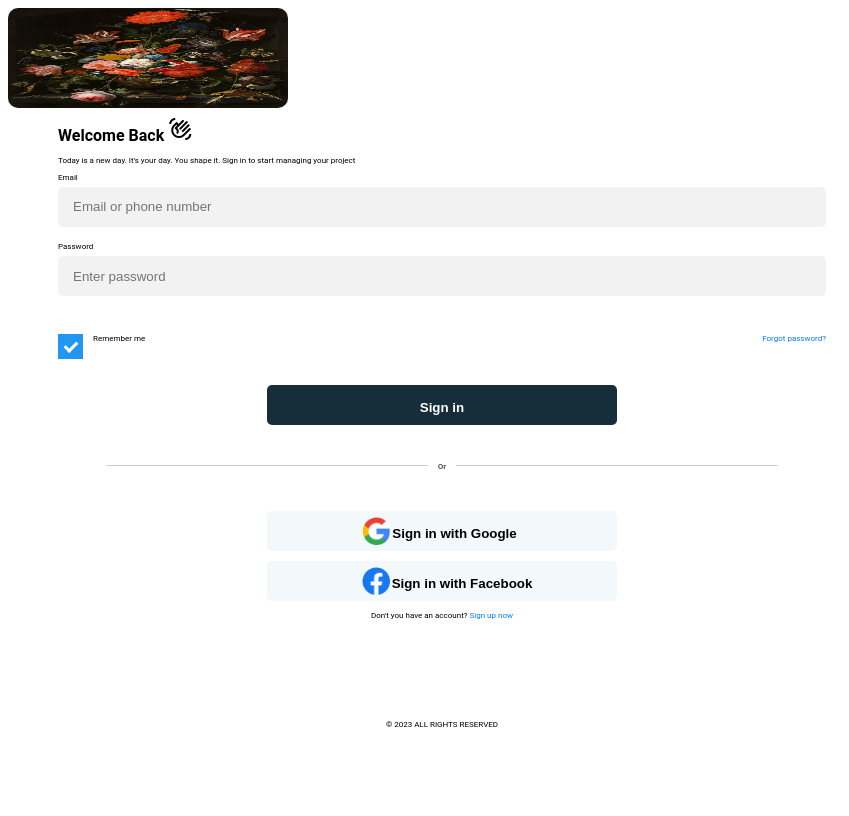
Repository: dinhtanloc/hw_web_development
Page: hw2-login-page/login.html
An editor plug-in stored every save of this project. The page is shown before and after the next save, followed by the edit.
The browser window is 768 px wide. The page is 849 px wide, then 776 px, then 849 px, so the pictures cover 849 px, including what lies to the right of the window. The pictures show the whole page.

Above is the page before, as saved 2024-03-14 00:06:26.

### hw2-login-page/login.html
<!DOCTYPE html>
<html lang="en">
<head>
    <meta charset="UTF-8">
    <meta name="viewport" content="width=device-width, initial-scale=1.0">
    <link rel="stylesheet" href="https://fonts.googleapis.com/css2?family=Material+Symbols+Outlined:opsz,wght,FILL,GRAD@24,400,0,0" />
    <title>Dinh Tan Loc-31221020226</title>
    <link href="style.css" rel="stylesheet" />
</head>
<body>
    <div class="container">
        <div class="left-part">
            <div class="left-part-container">
                <div style=" width: 100%; height: 50%;">

                    <h1>Welcome Back
                        <span class="material-symbols-outlined">
                            waving_hand
                            </span>

                    </h1>
                    <p >Today is a new day. It's your day. You shape it. Sign in to start managing your project</p>
                    <div style="display: flex; flex-direction: column;">
                        <span>Email</span>
                        <input  class="input-field" placeholder="Email or phone number"/>
                        <div style="margin-top: 2%;display: flex; flex-direction: column;">
                            <span>Password</span>
                            <input class="input-field" placeholder="Enter password" />

                        </div>
                    </div>
                    <!-- <div style="margin-top:30px ;display: flex; flex-direction: column;">
                        <span>Password</span>
                        <input class="input-field" placeholder="Enter password" />
                    </div> -->
                    <div style="margin-top: 5%; display: flex; justify-content: space-between;">

                        <label class="radio-container">Remember me
                            <input type="checkbox" checked="checked">
                            <span class="checkmark"></span>
                          </label>
                        <a>
                            Forgot password?
                        </a>

                    </div>

                    <button  class="sign-in-btn">Sign in</button>

                    <div class="centered">
                        <div class="line-or">
                            <div class="line"></div>
                            <div class="text">Or</div>
                            <div class="line"></div>
                        </div>
                    </div>


                    <button style="margin-top: 45px; position: relative;" class="google-login">
                        <img style="position: absolute; top: 50%; left: 95px; transform: translateY(-50%); width: 28px; height: 28px;" src="images/google.png" alt="">
                        <span style="margin-left: 25px;">Sign in with Google</span>
                    </button>

                    <button style="margin-top: 10px; position:relative;" class="facebook-login">
                        <img style="position: absolute; top: 50%; left: 95px; transform: translateY(-50%); width: 28px; height: 28px;" src="images/facebook.jpg" alt="">
                        <span style="margin-left: 40px;">Sign in with Facebook</span>

                    </button>
                    <div style="text-align: center; margin-top:10px;margin-bottom: 100px; position: relative;">
                        Don't you have an account?
                        <a>Sign up now</a>
                    </div>
                    <div  class="left-footer" >
                        <div>
                            © 2023 ALL RIGHTS RESERVED

                        </div>
                </div>

                </div>
            </div>
        </div>
        <div class="right-part">
            <img src="./images/background.jpg" />
        </div>


    </div>

</body>
</html>

### hw2-login-page/style.css
body{
    font-family: "Roboto", sans-serif;
}
.container{
    display: grid;
    flex-direction: column;
    grid-template-columns: 1fr 1fr; /* Tạo hai cột có kích thước bằng nhau */
    justify-items: center; /* Canh giữa các phần tử theo chiều ngang */
    align-items: center; /* Canh giữa các phần tử theo chiều dọc */
    height: 100vh; /* Chiều cao của container */


}



img {
    width: 100%;
    height: 100%;
    border-radius: 30px;
}
.left-part{
    left: 50px;
    position: relative;
    display: flex;
    justify-content: center; /* Canh giữa theo chiều ngang */
    align-items: center; /* Canh giữa theo chiều dọc */
    background-color: white;
    width: 30vw;
    height: 100vh;
    /* display: block; */
}
.left-part-container{
    position: absolute;
    top:-3%;
    padding: 3vw;
    width: 100%;
    height: 88%;
    display: flex;
    flex-direction: column;
    justify-content: space-between;
}
.right-part{
    background-color: ffff;
    width: 43vw;
    height: 120vh;
    justify-content: center;
    /* align-items: left;  */
    /* display: block; */
}

button {
    margin: auto;

}

.google-login, .facebook-login {
    align-items: center; /* Canh giữa theo chiều dọc */
}


.sign-in-btn,.google-login,.facebook-login{
    width: 350px;
    height:40px;
  }



  .left-footer{
    top: 100%;
    display: flex;
    /* justify-content: space-between; */
    justify-content: center;
    align-items: center;
    width: 100%
  }

  .input-field{
    height:10px;
    background-color: #F2F2F2;
    border: 0;
    padding: 15px;
    border-radius: 5px;
    margin-top: 5px;
}
.sign-in-btn{
    background-color: #162D3A;
    border: 0;
    border-radius: 5px;
    padding: 15px;
    color: white;
    display: block;
    font-weight: bold;
    margin-top:30px;
}

 .centered {
  width: 90%;
  margin-top: 40px;
  position: relative;
  left: 50%;

  transform: translateX(-50%);
}

.line-or {
  display: flex;
  align-items: center;
}


.text {
  padding: 0 10px;
  color: #555;
  font-weight: bold;
}


.line {
  flex: 1;
  /* width: 50%; */
  border: none;
  border-top: 1px solid #ccc;
  margin: 0 10px;

}


.text {
  font-weight: bold;
  position: absolute;
  top: 50%;
  left: 50%;
  transform: translate(-50%, -50%);
  background-color: white;
  padding: 5px 10px;
}


span{
    color: #000;
}


.google-login{
    background-color: #F3F9FA;
    border: 0;
    border-radius: 5px;
    padding: 15px;
    color: white;
    display: block;
    font-weight: bold;
    margin-top:30px;
}

.facebook-login{
    background-color: #F3F9FA;
    border: 0;
    border-radius: 5px;
    padding: 15px;
    color: white;
    display: block;
    font-weight: bold;
    margin-top:30px
}

a{
    color: #007AFF;
}

.radio-container {
    display: block;
    position: relative;
    padding-left: 35px;
    margin-bottom: 12px;
    cursor: pointer;
    -webkit-user-select: none;
    -moz-user-select: none;
    -ms-user-select: none;
    user-select: none;
  }

  /* Hide the browser's default checkbox */
  .radio-container input {
    position: absolute;
    opacity: 0;
    cursor: pointer;
    height: 0;
    width: 0;
  }

  /* Create a custom checkbox */
  .checkmark {
    position: absolute;
    top: 0;
    left: 0;
    height: 25px;
    width: 25px;
    background-color: #eee;
  }

  /* On mouse-over, add a grey background color */
  .radio-container:hover input ~ .checkmark {
    background-color: #ccc;
  }

  /* When the checkbox is checked, add a blue background */
  .radio-container input:checked ~ .checkmark {
    background-color: #2196F3;
  }

  /* Create the checkmark/indicator (hidden when not checked) */
  .checkmark:after {
    content: "";
    position: absolute;
    display: none;
  }

  /* Show the checkmark when checked */
  .radio-container input:checked ~ .checkmark:after {
    display: block;
  }

  /* Style the checkmark/indicator */
  .radio-container .checkmark:after {
    left: 9px;
    top: 5px;
    width: 5px;
    height: 10px;
    border: solid white;
    border-width: 0 3px 3px 0;
    -webkit-transform: rotate(45deg);
    -ms-transform: rotate(45deg);
    transform: rotate(45deg);
  }


  @media screen and (max-width: 1200px) {
    .right-part{
        visibility: visible;
        width: 0px;
        height: 0px;
    }
    .container{
        display: block;
    }
    .left-part{
        width: 94vw;
        font-size: 2.5vh
    }
  }

  @media screen and (max-width: 850px) {
    .container{
      position: relative;
      display: block;
      flex-direction: row; /* Chuyển sang chế độ dàn trải theo hàng */
      align-items: center;


    }
    .right-part{
      visibility: visible;
        position: absolute;
        align-items: center;
        top: 0;
        order: 1;
        width: 100vw;
        height: 30vh;

      }
      img{
        width: 280px;
        height: 100px;
        border-radius: 10px;
      }

      .left-part{
        position: absolute;
        align-items: center;

        top: 10% ;
        order: 2;
        width: 100vw;
        font-size: 1.0vh;
        height:20%;
    }
  }

After the next save:
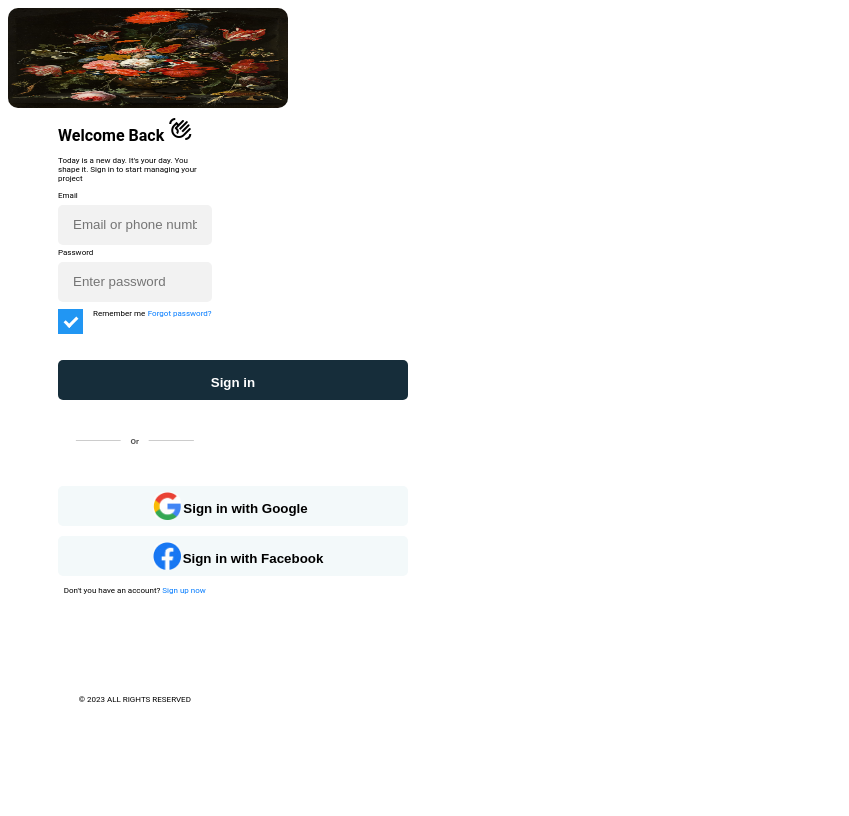
Saved 18 s later.
--- a/hw2-login-page/style.css
+++ b/hw2-login-page/style.css
@@ -281,7 +281,7 @@
 
         top: 10% ;
         order: 2;
-        width: 100vw;
+        width: 20vw;
         font-size: 1.0vh;
         height:20%;
     }

After the save that followed:
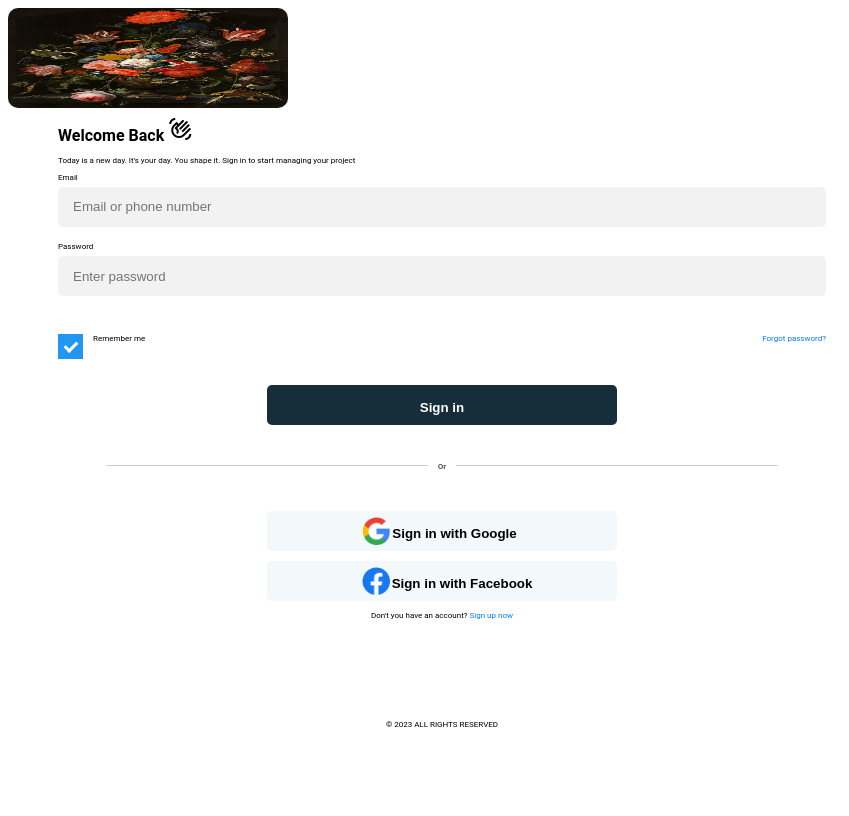
Saved 4 s later.
--- a/hw2-login-page/style.css
+++ b/hw2-login-page/style.css
@@ -281,7 +281,7 @@
 
         top: 10% ;
         order: 2;
-        width: 20vw;
+        width: 100vw;
         font-size: 1.0vh;
         height:20%;
     }
